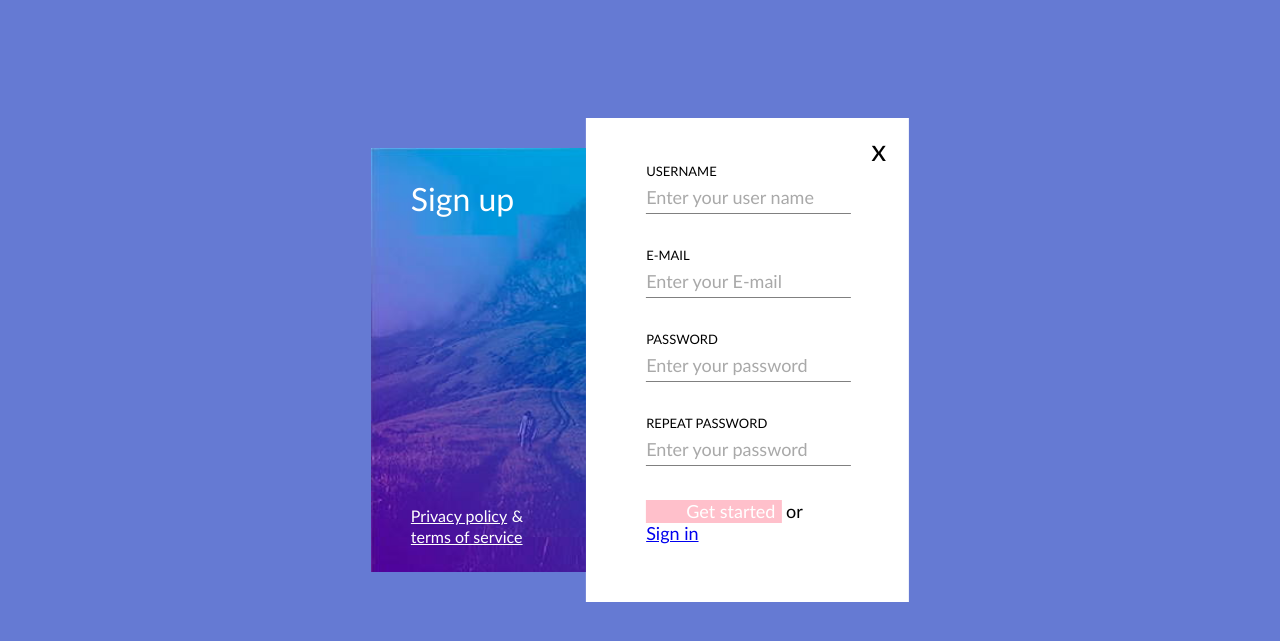
Repository: motiejus1/11-paskaita-adobexd-registracija
Page: index.html
The author's editor kept a copy of each file at every save. The page is drawn from the files as they stood at one save, then again after the next save.
The browser window is 1280 px wide. The pictures show the whole page.

Above is the page before, as saved 2021-06-17 20:36:21.

### index.html
<!DOCTYPE html>
<html lang="en">
<head>
    <meta charset="UTF-8">
    <meta http-equiv="X-UA-Compatible" content="IE=edge">
    <meta name="viewport" content="width=device-width, initial-scale=1.0">
    <title>Registracija</title>
    <style>
        html {
            font-size: 18px;
        }

        body {
            max-width: 1920px;
            background-color: #657AD3;
            font: normal normal normal 1rem/1.1667rem Gill Sans MT;
        }

        .container {
            width: 42.05%;
            position: absolute;
            top: 50%;
            left: 50%;
            transform: translate(-50%, -50%);
        }

        .left-column, .right-column {
            float:left;
            height: 26.8889rem;
        }

        .left-column {
            background-color: transparent;
            width: 40%;

        }

        .right-column {
            width: 60%;
            background-color: #fff;
        }

        .left-column-container {
            margin-top: 1.6667rem;
            height: 23.5556rem;
            background-color: #fff;
            background: transparent url('img/mountain.png') 0% 0% no-repeat padding-box;
            background-size: cover;
            padding-left: 2.2222rem;
            position: relative;

        }

        h1 {
            font: normal normal normal 1.7778rem/2.0556rem Gill Sans MT;
            color: #FFFFFF;
            margin: 0;
            padding-top: 32px;
        }


        .links {
            position: absolute;
            bottom: 1.3889rem;
        }

        .links a, .links p {
            display: inline-block;
            color: #FFFFFF;
            font: normal normal normal 0.8889rem/1.0556rem Gill Sans MT;
        }

        .links a:hover {
            color:#808080;
        }

        .links p {
            margin: 0;
        }

        .right-column-container {
            padding-left: 3.3333rem;
            padding-top: 2.5556rem;
            padding-right: 3.3333rem;
        }

        input {
            display: block;
            width: 100%;
            border: 0;
            border-bottom: 1px solid #808080;
            padding-bottom: 0.3333rem;
            padding-left: 0;
        }

        input:focus {
            border: 0;
            outline: none;
            border-bottom: 1px solid #808080;
        }
        /* klase input */

        .input {
            margin-bottom: 1.8889rem;
        }

        label {
            display: block;
            font: normal normal normal 0.7222rem/0.8333rem Gill Sans MT;
            text-transform: uppercase;
            color: #000000;
            padding-bottom: 0.6667rem;
        }

        ::-webkit-input-placeholder {
            font: normal normal normal 1rem/1.1667rem Gill Sans MT;
            color: #A9A9A9;

        }

        .close {
            font: normal normal normal 1.6667rem/1.9444rem Gill Sans MT;
            color:#000000;
            position: absolute;
            top: 0.7778rem;
            right: 1.2778rem;
        }

        .close:hover {
            cursor: pointer;
            color:#808080;
        }

        .right-column-bottom-action button, .right-column-bottom-action p, .right-column-bottom-action a {
            display:inline-block;
        }

        .right-column-bottom-action p {
            margin: 0;
        }

        .btn {
            font: normal normal normal 1rem/1.1667rem Gill Sans MT;
            color: #FFFFFF;
            background-color: #FFC0CB;
            border: none;
            padding-left: 40px;
            padding-top:
        }

    </style>

</head>
<body>

    <div class="container">

        <div class="left-column">
            <div class="left-column-container">
                <h1>Sign up</h1>

                <div class="links">
                    <a href="#">Privacy policy</a>
                    <p>&</p>
                    <a href="#">terms of service</a>
                </div>
            </div>
        </div>
        <div class="right-column">
            <div class="right-column-container">
                <span class="close">x</span>
                <div class="input">
                    <label for="username">Username</label>
                    <input placeholder="Enter your user name" type="text" id="username" name="username" />
                </div>
                <div class="input">
                    <label for="email">E-mail</label>
                    <input placeholder="Enter your E-mail" type="text" id="email" name="email" />
                </div>
                <div class="input">
                    <label for="password">Password</label>
                    <input placeholder="Enter your password" type="password" id="password" name="password" />
                </div>
                <div class="input">
                    <label for="repeat-password">Repeat password</label>
                    <input placeholder="Enter your password" type="password" id="repeat-password" name="repeat-password" />
                </div>

                <div class="right-column-bottom-action">
                    <button class="btn">Get started</button>
                    <p>or</p>
                    <a href="#">Sign in</a>
                </div>
            </div>
        </div>
    </div>

</body>
</html>

After the next save:
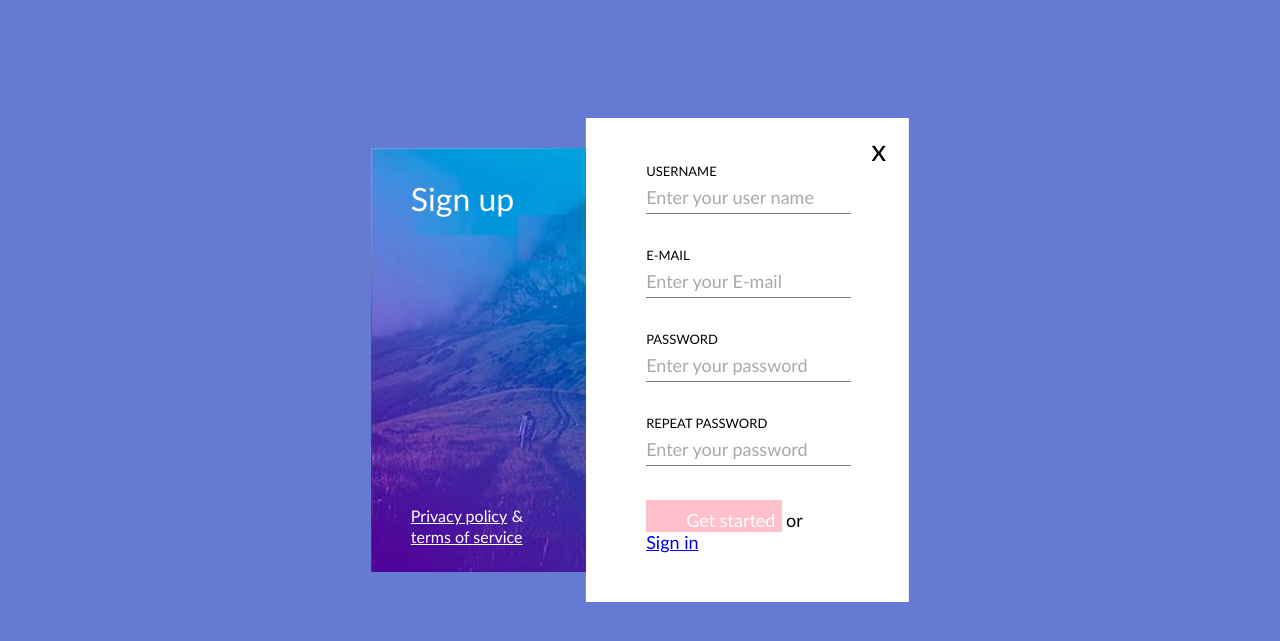
Saved 24 s later.
--- a/index.html
+++ b/index.html
@@ -145,7 +145,7 @@
             background-color: #FFC0CB;
             border: none;
             padding-left: 40px;
-            padding-top:
+            padding-top: 10px;
         }
 
     </style>
